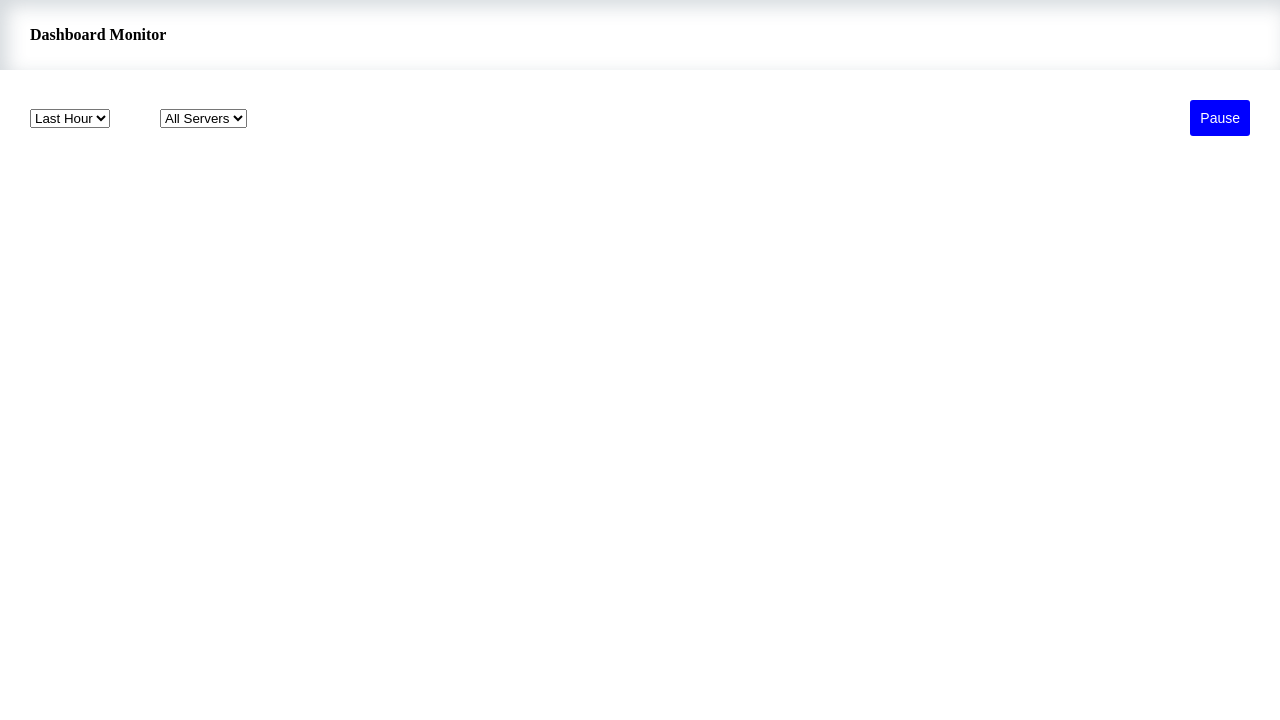
Repository: egorgloom/dashboard
Page: /
The author's editor kept a copy of each file at every save. The page is drawn from the files as they stood at one save, then again after the next save.
The browser window is 1280 px wide. The pictures show the whole page.
The page's requests for data from a server got no answer. The project was rebuilt for these pictures with package versions that can differ from the ones it lists, and the page was loaded fresh each time. No one was signed in, and anything a server would have sent is missing. Also part of the build but not shown: webpack.config.js, src/components/ItemCard/ItemCard.tsx, src/components/SingleServerMetrics/SingleServerMetrics.tsx.

Above is the page before, as saved 2025-04-16 17:24:28.

After the next save:
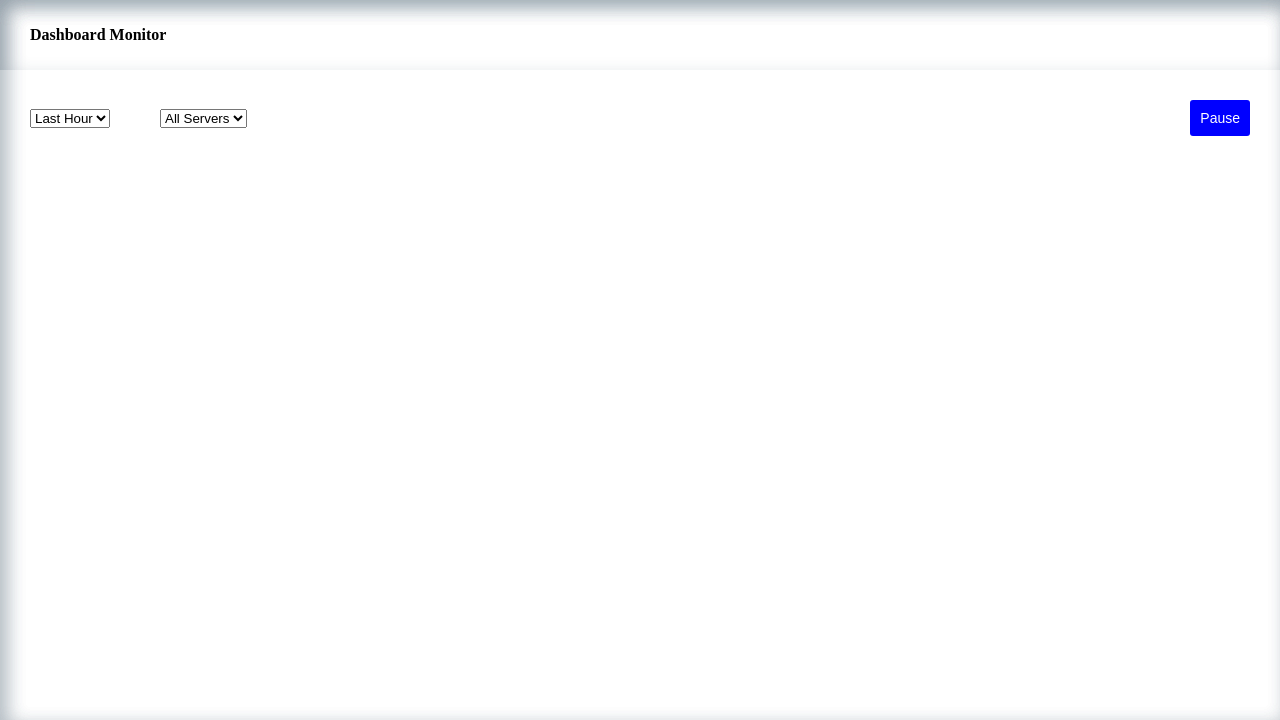
Saved 7 s later.
--- a/src/app.scss
+++ b/src/app.scss
@@ -1,8 +1,8 @@
 html, body {
     width: 100%; height: 100%; margin: 0; padding: 0;
-    // -webkit-box-shadow: 7px 6px 19px 0px rgba(34, 60, 80, 0.2) inset;
-    // -moz-box-shadow: 7px 6px 19px 0px rgba(34, 60, 80, 0.2) inset;
-    // box-shadow: 7px 6px 19px 0px rgba(34, 60, 80, 0.2) inset;
+    -webkit-box-shadow: 7px 6px 19px 0px rgba(34, 60, 80, 0.2) inset;
+    -moz-box-shadow: 7px 6px 19px 0px rgba(34, 60, 80, 0.2) inset;
+    box-shadow: 7px 6px 19px 0px rgba(34, 60, 80, 0.2) inset;
 
   }
 
